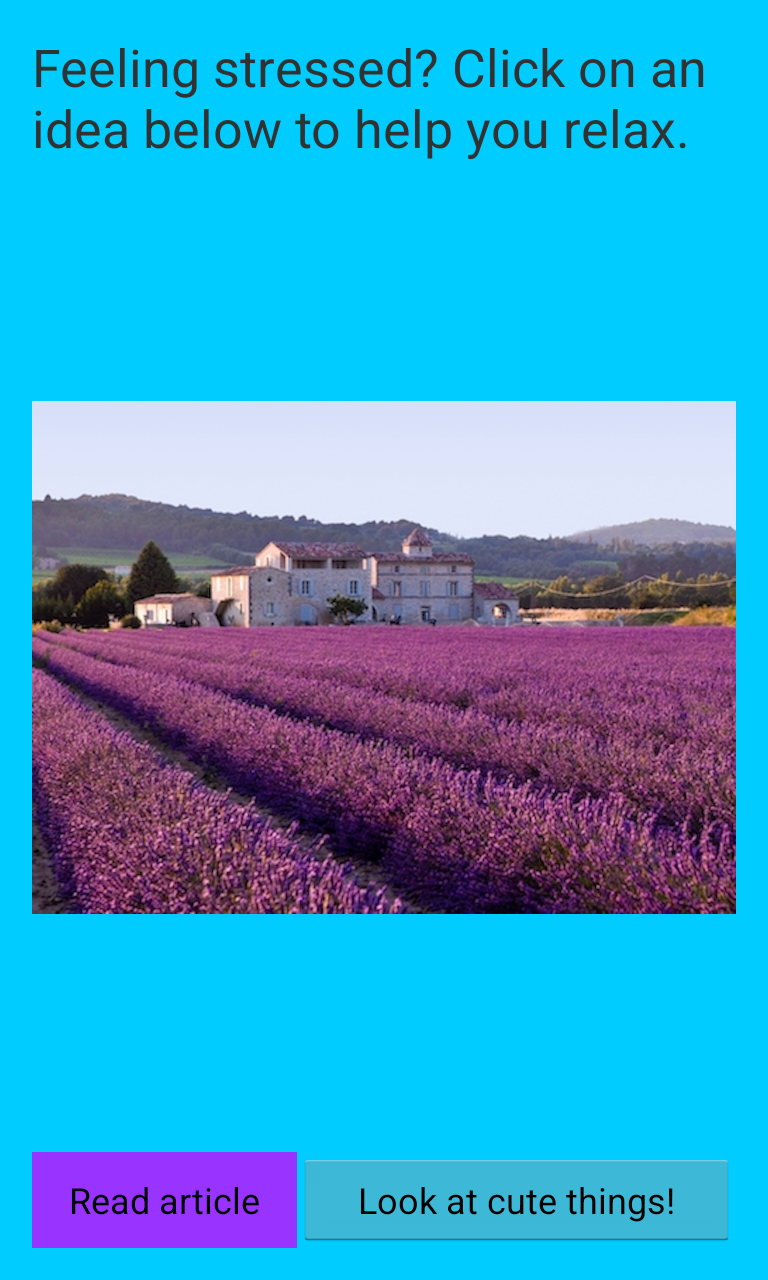
Repository: LSummers33/Apps101
Layout: Self-Care/res/layout/activity_main.xml
An editor plug-in stored every save of this project. The layout is shown before and after the next save, followed by the edit.
It is drawn on a 768 x 1280 px phone screen (xhdpi) without system bars, with theme AppTheme; the app's code is not run.

Above is the layout before, as saved 2014-01-26 21:44:32.

After the next save:
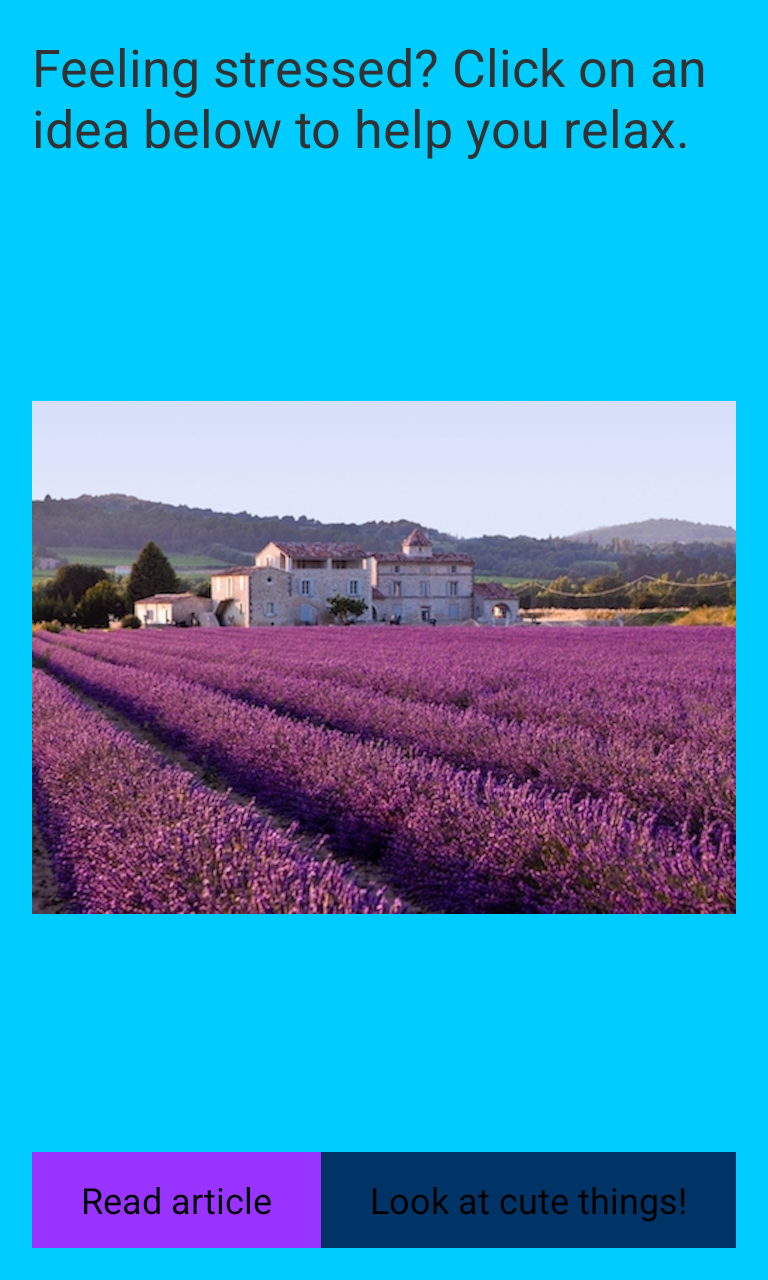
Saved 66 s later.
--- a/Self-Care/res/layout/activity_main.xml
+++ b/Self-Care/res/layout/activity_main.xml
@@ -46,6 +46,7 @@
         android:layout_width="wrap_content"
         android:layout_height="wrap_content"
         android:layout_weight="1"
+        android:background="#003366"
         android:onClick="cute_pics"
         android:text="@string/button2" />
 
